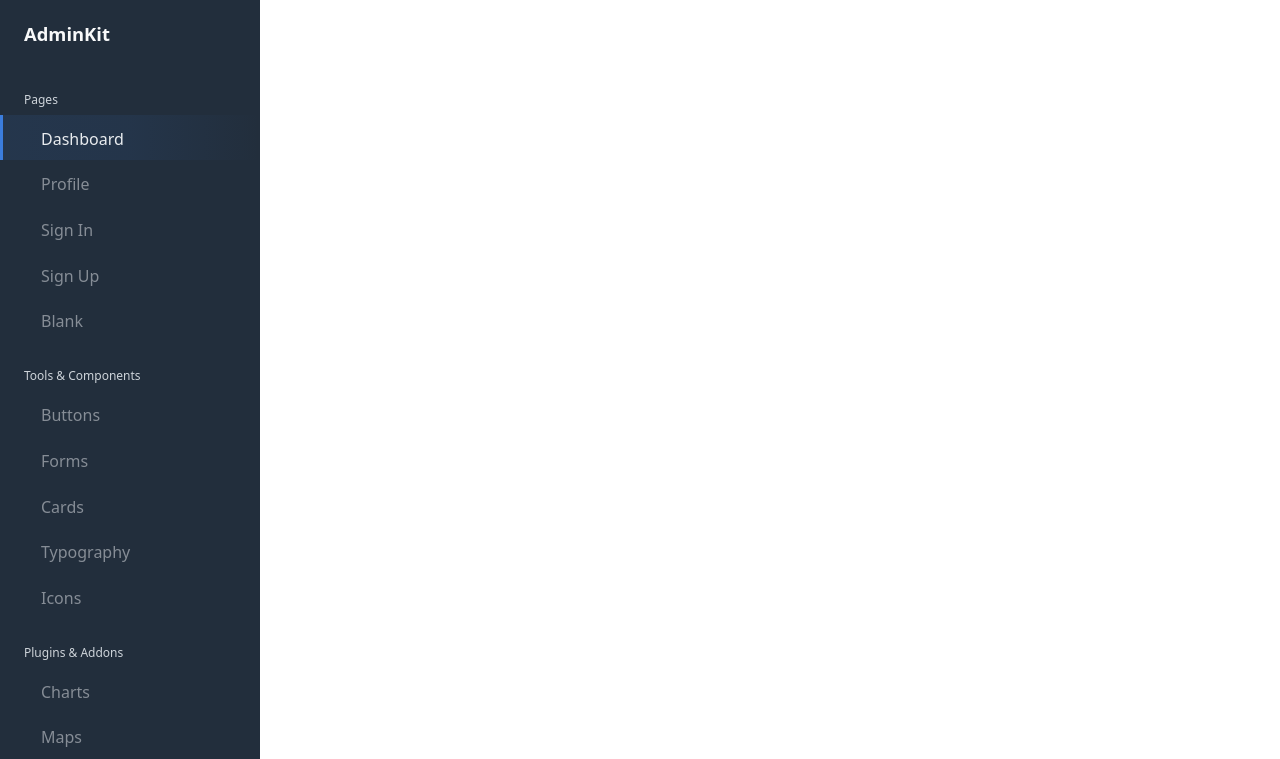
Repository: nick2price2003/rr-app
Page: /
An editor plug-in stored every save of this project. The page is shown before and after a run of saves, followed by the edit.
The browser window is 1280 px wide. The pictures show the whole page.
The project was rebuilt for these pictures with package versions that can differ from the ones it lists, and the page was loaded fresh each time. The framework's server and built-in components were replaced by stand-ins that run in the browser. Also part of the build but not shown: next.config.js.

Above is the page before, as saved 2022-10-11 12:51:06.

### pages/index.js
import Head from "next/head";

export default function Home() {
  return (
    <div>
      <Head>
        <title>Create Next App</title>
        <meta name='description' content='Generated by create next app' />
        <link rel='icon' href='/favicon.ico' />
      </Head>

      <div classNameName='wrapper'>
        <nav id='sidebar' className='sidebar js-sidebar'>
          <div className='sidebar-content js-simplebar'>
            <a className='sidebar-brand' href='index.html'>
              <span className='align-middle'>AdminKit</span>
            </a>

            <ul className='sidebar-nav'>
              <li className='sidebar-header'>Pages</li>

              <li className='sidebar-item active'>
                <a className='sidebar-link' href='index.html'>
                  <i className='align-middle' data-feather='sliders'></i>{" "}
                  <span className='align-middle'>Dashboard</span>
                </a>
              </li>

              <li className='sidebar-item'>
                <a className='sidebar-link' href='pages-profile.html'>
                  <i className='align-middle' data-feather='user'></i>{" "}
                  <span className='align-middle'>Profile</span>
                </a>
              </li>

              <li className='sidebar-item'>
                <a className='sidebar-link' href='pages-sign-in.html'>
                  <i className='align-middle' data-feather='log-in'></i>{" "}
                  <span className='align-middle'>Sign In</span>
                </a>
              </li>

              <li className='sidebar-item'>
                <a className='sidebar-link' href='pages-sign-up.html'>
                  <i className='align-middle' data-feather='user-plus'></i>{" "}
                  <span className='align-middle'>Sign Up</span>
                </a>
              </li>

              <li className='sidebar-item'>
                <a className='sidebar-link' href='pages-blank.html'>
                  <i className='align-middle' data-feather='book'></i>{" "}
                  <span className='align-middle'>Blank</span>
                </a>
              </li>

              <li className='sidebar-header'>Tools & Components</li>

              <li className='sidebar-item'>
                <a className='sidebar-link' href='ui-buttons.html'>
                  <i className='align-middle' data-feather='square'></i>{" "}
                  <span className='align-middle'>Buttons</span>
                </a>
              </li>

              <li className='sidebar-item'>
                <a className='sidebar-link' href='ui-forms.html'>
                  <i className='align-middle' data-feather='check-square'></i>{" "}
                  <span className='align-middle'>Forms</span>
                </a>
              </li>

              <li className='sidebar-item'>
                <a className='sidebar-link' href='ui-cards.html'>
                  <i className='align-middle' data-feather='grid'></i>{" "}
                  <span className='align-middle'>Cards</span>
                </a>
              </li>

              <li className='sidebar-item'>
                <a className='sidebar-link' href='ui-typography.html'>
                  <i className='align-middle' data-feather='align-left'></i>{" "}
                  <span className='align-middle'>Typography</span>
                </a>
              </li>

              <li className='sidebar-item'>
                <a className='sidebar-link' href='icons-feather.html'>
                  <i className='align-middle' data-feather='coffee'></i>{" "}
                  <span className='align-middle'>Icons</span>
                </a>
              </li>

              <li className='sidebar-header'>Plugins & Addons</li>

              <li className='sidebar-item'>
                <a className='sidebar-link' href='charts-chartjs.html'>
                  <i className='align-middle' data-feather='bar-chart-2'></i>{" "}
                  <span className='align-middle'>Charts</span>
                </a>
              </li>

              <li className='sidebar-item'>
                <a className='sidebar-link' href='maps-google.html'>
                  <i className='align-middle' data-feather='map'></i>{" "}
                  <span className='align-middle'>Maps</span>
                </a>
              </li>
            </ul>
          </div>
        </nav>

      </div>
    </div>
  );
}

Loaded but not shown: pages/_app.js (common file); styles/globals.css (library)

After the next 2 saves:
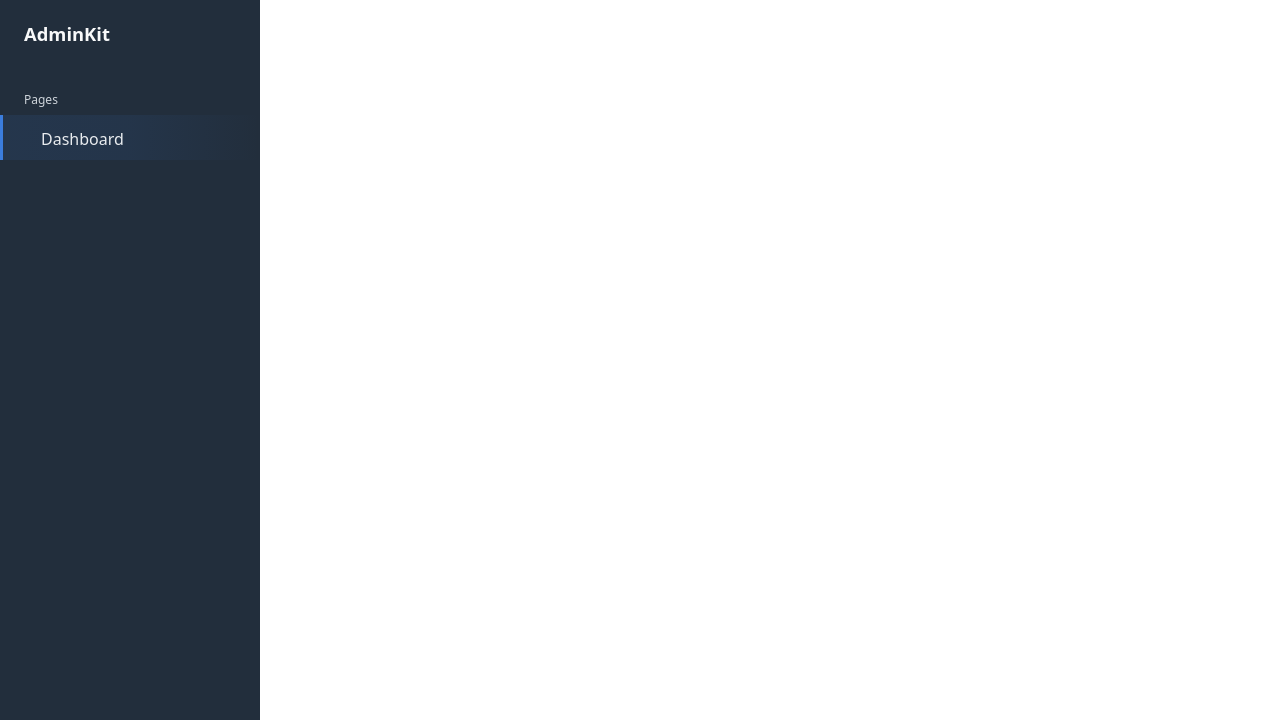
The 2 saves are shown as one change because they came seconds apart.
The last was saved 25 s later.
--- a/pages/index.js
+++ b/pages/index.js
@@ -25,87 +25,6 @@ export default function Home() {
                   <span className='align-middle'>Dashboard</span>
                 </a>
               </li>
-
-              <li className='sidebar-item'>
-                <a className='sidebar-link' href='pages-profile.html'>
-                  <i className='align-middle' data-feather='user'></i>{" "}
-                  <span className='align-middle'>Profile</span>
-                </a>
-              </li>
-
-              <li className='sidebar-item'>
-                <a className='sidebar-link' href='pages-sign-in.html'>
-                  <i className='align-middle' data-feather='log-in'></i>{" "}
-                  <span className='align-middle'>Sign In</span>
-                </a>
-              </li>
-
-              <li className='sidebar-item'>
-                <a className='sidebar-link' href='pages-sign-up.html'>
-                  <i className='align-middle' data-feather='user-plus'></i>{" "}
-                  <span className='align-middle'>Sign Up</span>
-                </a>
-              </li>
-
-              <li className='sidebar-item'>
-                <a className='sidebar-link' href='pages-blank.html'>
-                  <i className='align-middle' data-feather='book'></i>{" "}
-                  <span className='align-middle'>Blank</span>
-                </a>
-              </li>
-
-              <li className='sidebar-header'>Tools & Components</li>
-
-              <li className='sidebar-item'>
-                <a className='sidebar-link' href='ui-buttons.html'>
-                  <i className='align-middle' data-feather='square'></i>{" "}
-                  <span className='align-middle'>Buttons</span>
-                </a>
-              </li>
-
-              <li className='sidebar-item'>
-                <a className='sidebar-link' href='ui-forms.html'>
-                  <i className='align-middle' data-feather='check-square'></i>{" "}
-                  <span className='align-middle'>Forms</span>
-                </a>
-              </li>
-
-              <li className='sidebar-item'>
-                <a className='sidebar-link' href='ui-cards.html'>
-                  <i className='align-middle' data-feather='grid'></i>{" "}
-                  <span className='align-middle'>Cards</span>
-                </a>
-              </li>
-
-              <li className='sidebar-item'>
-                <a className='sidebar-link' href='ui-typography.html'>
-                  <i className='align-middle' data-feather='align-left'></i>{" "}
-                  <span className='align-middle'>Typography</span>
-                </a>
-              </li>
-
-              <li className='sidebar-item'>
-                <a className='sidebar-link' href='icons-feather.html'>
-                  <i className='align-middle' data-feather='coffee'></i>{" "}
-                  <span className='align-middle'>Icons</span>
-                </a>
-              </li>
-
-              <li className='sidebar-header'>Plugins & Addons</li>
-
-              <li className='sidebar-item'>
-                <a className='sidebar-link' href='charts-chartjs.html'>
-                  <i className='align-middle' data-feather='bar-chart-2'></i>{" "}
-                  <span className='align-middle'>Charts</span>
-                </a>
-              </li>
-
-              <li className='sidebar-item'>
-                <a className='sidebar-link' href='maps-google.html'>
-                  <i className='align-middle' data-feather='map'></i>{" "}
-                  <span className='align-middle'>Maps</span>
-                </a>
-              </li>
             </ul>
           </div>
         </nav>
